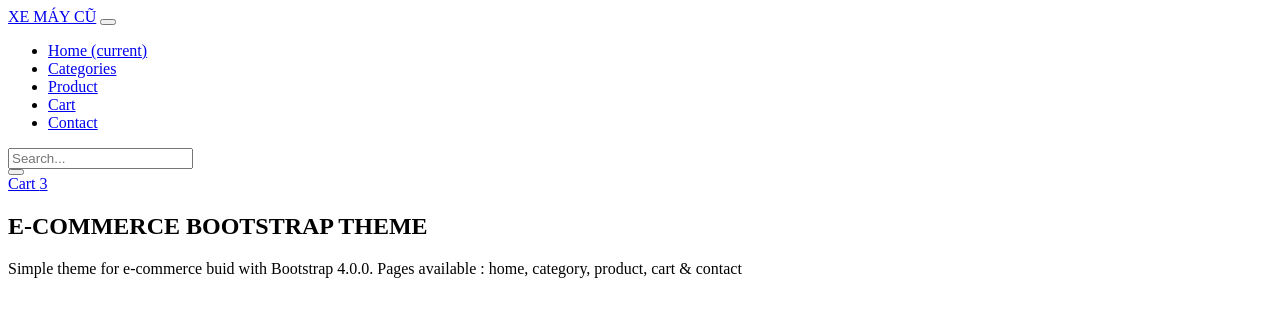
Repository: vule2809/LTW-20146307
Page: http://localhost/Banxemay_nhom10/common/user/header.jsp
An editor plug-in stored every save of this project. The page is shown before and after the next save, followed by the edit.
The browser window is 1280 px wide. The pictures show the whole page.
The page is served by Tomcat 9. Nobody is signed in. The application's start-up code is not run.

Above is the page before, as saved 2023-12-10 00:52:56.

After the next save:
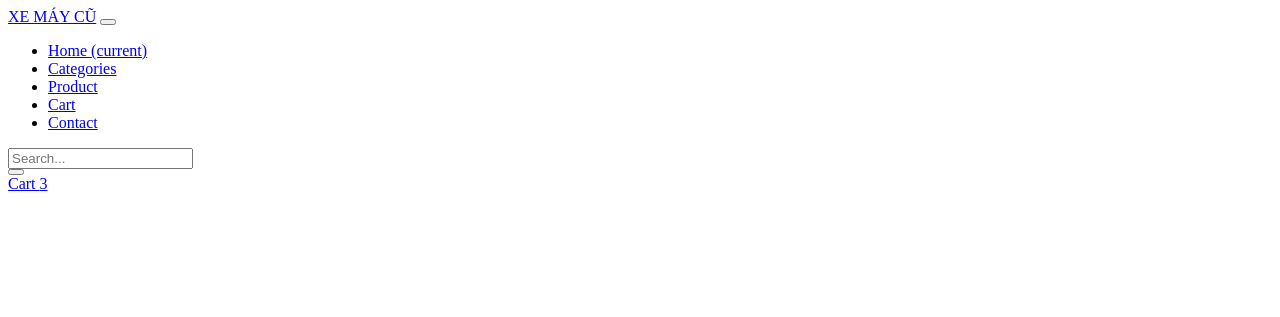
Saved 49 s later.
--- a/Banxemay_nhom10/src/main/webapp/common/user/header.jsp
+++ b/Banxemay_nhom10/src/main/webapp/common/user/header.jsp
@@ -44,10 +44,3 @@
         </div>
     </div>
 </nav>
-
-<section class="jumbotron text-center">
-    <div class="container">
-        <h1 class="jumbotron-heading">E-COMMERCE BOOTSTRAP THEME</h1>
-        <p class="lead text-muted mb-0">Simple theme for e-commerce buid with Bootstrap 4.0.0. Pages available : home, category, product, cart & contact</p>
-    </div>
-</section>
